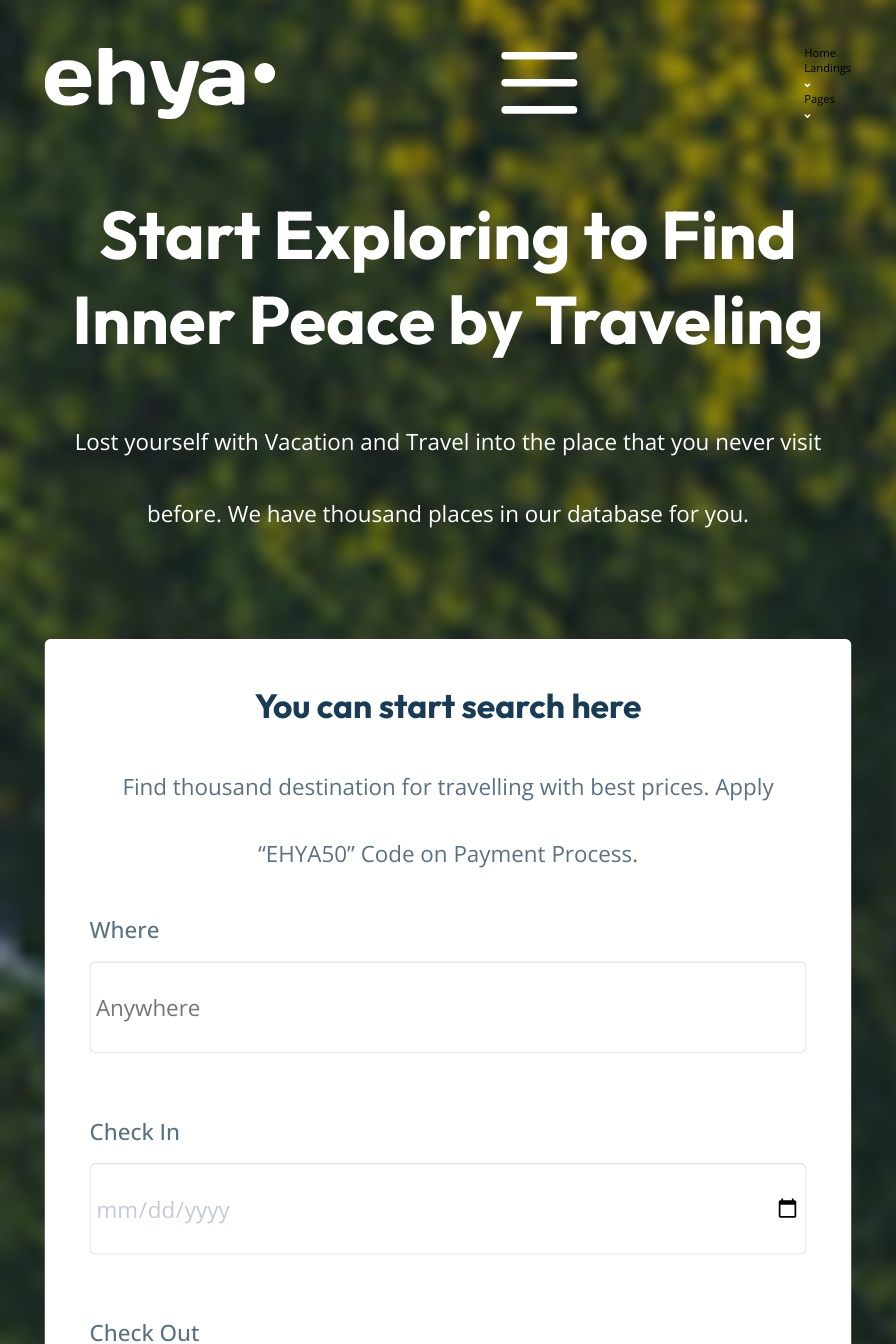
Repository: daviHmoraes/frontcomtailwind
Page: index.html
These files come from the project's save history. The page is drawn as it stood at one moment and after a run of saves; the edit follows.
The browser window is 1280 px wide. The pictures show the part of the page from y = 0 to 1920 px (the page is 30130 px tall before and 30174 px after), at 70% of full size.

Above is the page before, as saved 2026-09-01 19:36:27.

After the next 3 saves:
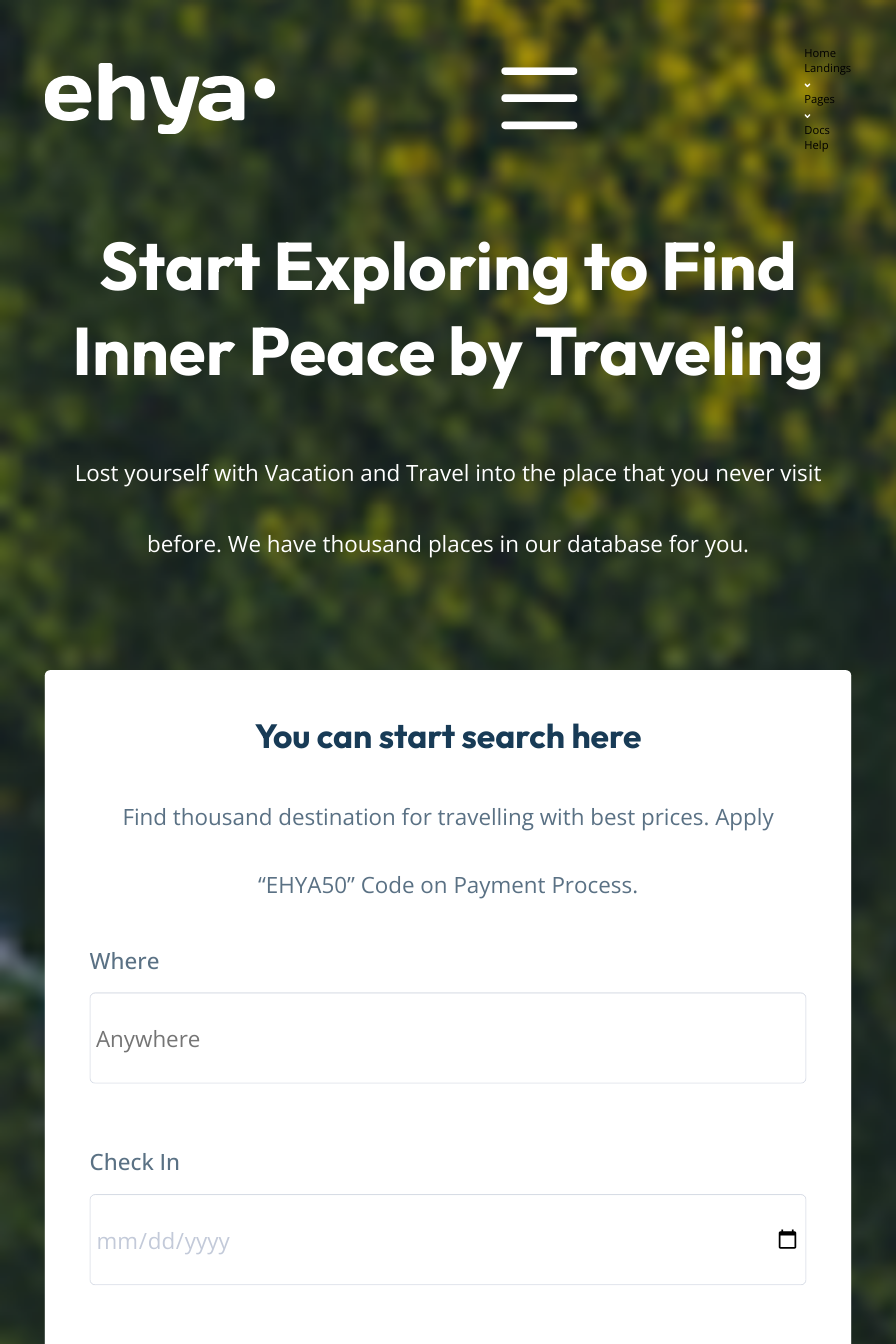
The 3 saves are shown as one change because they came seconds apart.
The last was saved 11 s later.
--- a/index.html
+++ b/index.html
@@ -36,6 +36,9 @@
                     <p>Pages</p>
                     <img src="/img/white-chevron-down.svg" alt="Chevron Icon Pointing Down">
                 </div>
+
+                <p>Docs</p>
+                <p>Help</p>
             </div>
 
         </section>
